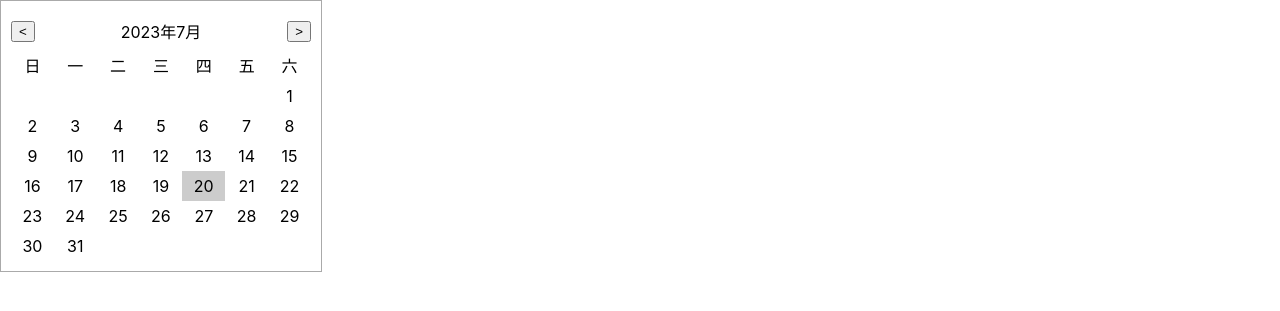
Repository: yychuiyan/calendar
Page: /
The author's editor kept a copy of each file at every save. The page is drawn from the files as they stood at one save, then again after the next save.
The browser window is 1280 px wide. The pictures show the whole page.
The project was rebuilt for these pictures with package versions that can differ from the ones it lists, and the page was loaded fresh each time.

Above is the page before, as saved 2023-07-20 13:52:59.

After the next save:
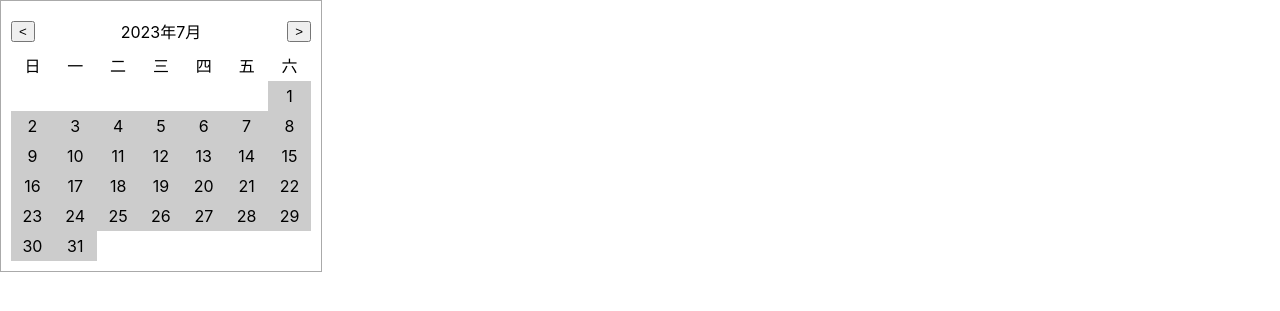
Saved 3 min 2 s later.
--- a/src/component/Calendar.tsx
+++ b/src/component/Calendar.tsx
@@ -45,7 +45,7 @@ const Calendar: React.FC<CalendarProps> = (props) => {
       if (i === date.getDate()) {
         days.push(<div key={i} className='day selected' onClick={clickHandler}>{i}</div>)
       } else {
-        days.push(<div key={i} className='day' onClick={clickHandler}>{i}</div>)
+        days.push(<div key={i} className='day selected' onClick={clickHandler}>{i}</div>)
       }
     }
     return days;
